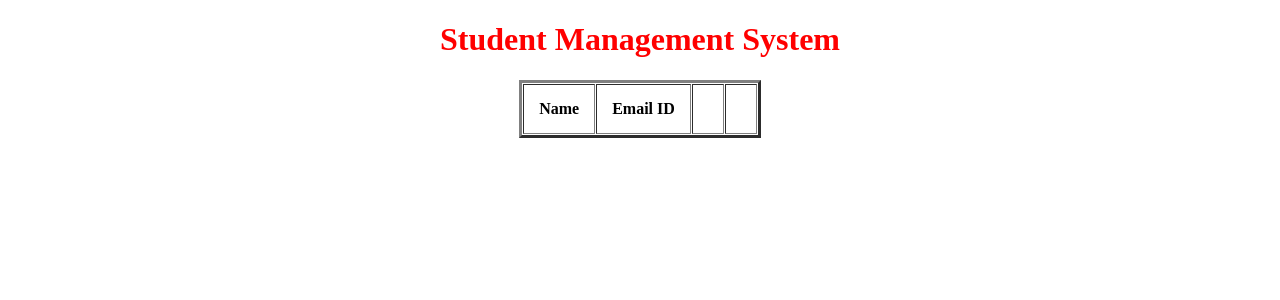
Repository: Aviligonda/Servlet_Programs
Page: http://localhost/StudentManagementSystem/viewStudent.jsp
These files come from the project's save history. The page is drawn as it stood at one moment and after the next save; the edit follows.
The browser window is 1280 px wide. The pictures show the whole page.
The page is served by Tomcat 9. Queries for data that is not in the repository find no rows.

Above is the page before, as saved 2024-11-24 15:10:43.

### StudentManagementSystem/src/main/webapp/viewStudent.jsp
<%@page import="java.sql.ResultSet"%>
<%@page import="java.sql.Statement"%>
<%@page import="java.sql.DriverManager"%>
<%@page import="java.sql.Connection"%>
<%@ page language="java" contentType="text/html; charset=UTF-8"
	pageEncoding="UTF-8"%>
	<%@ include file="header.jsp" %>
<!DOCTYPE html>
<html>
<head>
<meta charset="UTF-8">
<title>View All Students</title>
</head>
<body>
	<%
	Class.forName("com.mysql.jdbc.Driver");
	Connection connection =DriverManager.getConnection("jdbc:mysql://localhost:3306/logindb","root","123");
	Statement statement = connection.createStatement();
	ResultSet resultSet = statement.executeQuery("select * from sms");
	out.print("<table border='3' align='center' cellspacing='1' cellpadding='15'>");
	out.print("<tr><th>Name</th><th>Email ID</th><th></th><th></th></tr>");
	while(resultSet.next()){
		out.println(resultSet.getString(1)+"\n "+resultSet.getString(2)+" "+resultSet.getString(3)+" "+resultSet.getString(4));
		out.println("\n");
	}

	%>
</body>
</html>

### StudentManagementSystem/src/main/webapp/header.jsp
<%@ page language="java" contentType="text/html; charset=UTF-8"
    pageEncoding="UTF-8"%>
<!DOCTYPE html>
<html>
<head>
<meta charset="UTF-8">
<title>Insert title here</title>
</head>
<body>

<h1 style="color:red;text-align:center "> <b>Student Management System</b></h1>


</body>
</html>

After the next save:
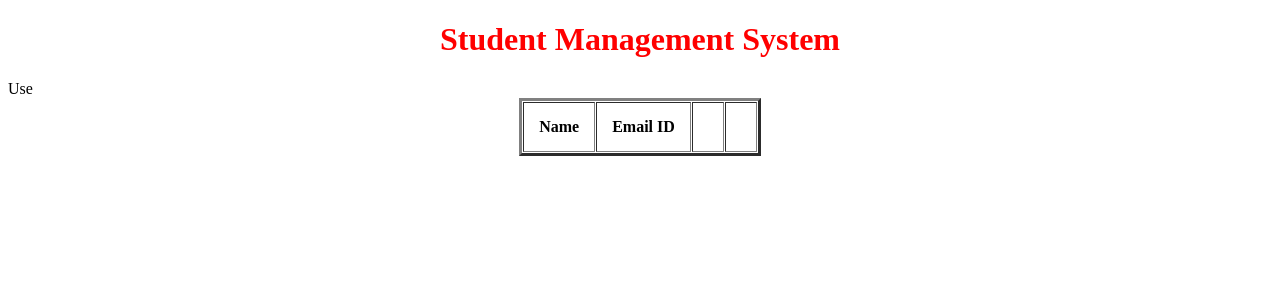
Saved 7 s later.
--- a/StudentManagementSystem/src/main/webapp/viewStudent.jsp
+++ b/StudentManagementSystem/src/main/webapp/viewStudent.jsp
@@ -18,7 +18,7 @@
 	Statement statement = connection.createStatement();
 	ResultSet resultSet = statement.executeQuery("select * from sms");
 	out.print("<table border='3' align='center' cellspacing='1' cellpadding='15'>");
-	out.print("<tr><th>Name</th><th>Email ID</th><th></th><th></th></tr>");
+	out.print("<tr><th>Name</th><th>Email ID</th>Use<th></th><th></th></tr>");
 	while(resultSet.next()){
 		out.println(resultSet.getString(1)+"\n "+resultSet.getString(2)+" "+resultSet.getString(3)+" "+resultSet.getString(4));
 		out.println("\n");
